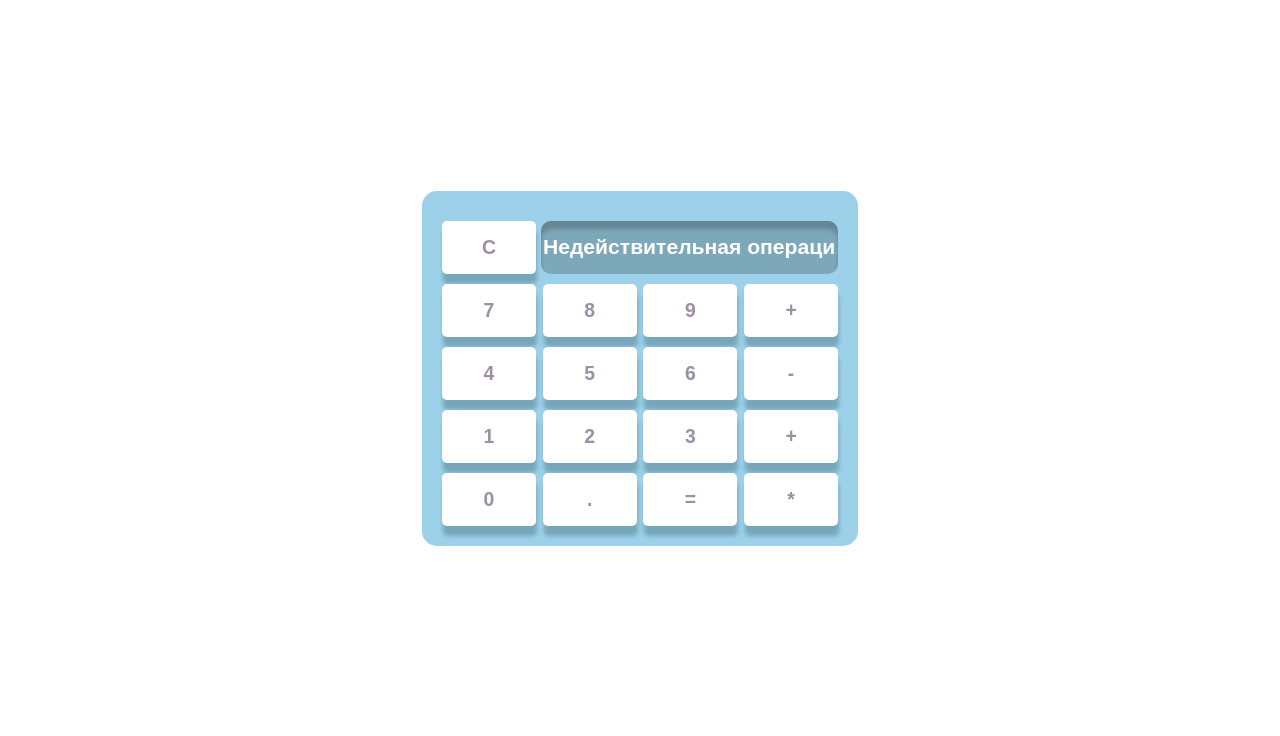
Repository: sem1103/calculator
Page: index.html
The author's editor kept a copy of each file at every save. The page is drawn from the files as they stood at one save, then again after the next save.
The browser window is 1280 px wide. The pictures show the whole page.
Empty fields were first filled with sample values (such as "Sample", 5 or name@example.com).
After loading, the first visible `button[onclick="calcSumm()"]` was clicked once.

Above is the page before, as saved 2023-11-02 08:22:33.

### index.html
<!DOCTYPE html>
<html lang="en">

<head>
    <meta charset="UTF-8">
    <meta name="viewport" content="width=device-width, initial-scale=1.0">
    <title>Calc</title>
    <style>
        * {
            box-sizing: border-box;
            font: bold 1.1rem arial;
        }

        .calc__container {
            display: flex;
            justify-content: center;
            height: 100vh;
            align-items: center;
        }

        .calc__wrapper {
            max-width: 900px;
            background-color: #9cd1e9;
            padding: 20px;
            border-radius: 15px;
        }

        .calc__display {
            box-shadow: inset 0px 8px 4px 0px #658695;
            background-color: #7da8ba;
            flex: 1;
            border-radius: 10px;
            border: 0;
            outline: 0;
            text-align: right;
            font-size: 1.2rem;
            color: #fff;
        }

        .calc__main,
        .calc__header {
            display: flex;
            flex-direction: row;
            flex-wrap: wrap;
            justify-content: space-between;
            row-gap: 10px;
            column-gap: 5px;

        }

        .calc__header {
            margin: 10px 0;
        }

        button {
            padding: 15px 5px;
            text-align: center;
            background-color: #fff;
            box-shadow: 1px 10px 4px #77a6bb;
            flex-basis: calc(25% - 5px);
            border: 0;
            border-radius: 5px;
            cursor: pointer;
            color: #9d8fa4;
            transition: all .1s ease-in-out;
        }
        button:active{
            box-shadow: 1px 0 4px #77a6bb;
            transform: translate(0,3px);
            background-color: #d1d1d1;
        }
        button:hover{
            background-color: #d1d1d1;
        }

    </style>
</head>

<body>
    <div class="calc__container">
        <div class="calc__wrapper">
            <div class="calc__header">
                <button onclick="clearDisplay()">C</button>
                <input id="display" class="calc__display" type="text" placeholder="0">

                </input>
            </div>
            <div class="calc__main">
                <button onclick="setValueHandle(this)" >7</button>
                <button onclick="setValueHandle(this)">8</button>
                <button onclick="setValueHandle(this)">9</button>
                <button onclick="setValueHandle(this)">+</button>
                <button onclick="setValueHandle(this)">4</button>
                <button onclick="setValueHandle(this)">5</button>
                <button onclick="setValueHandle(this)">6</button>
                <button onclick="setValueHandle(this)">-</button>
                <button onclick="setValueHandle(this)">1</button>
                <button onclick="setValueHandle(this)">2</button>
                <button onclick="setValueHandle(this)">3</button>
                <button onclick="setValueHandle(this)">+</button>
                <button onclick="setValueHandle(this)">0</button>
                <button onclick="setValueHandle(this)">.</button>
                <button onclick="calcSumm()">=</button>
                <button onclick="setValueHandle(this)">*</button>
            </div>
        </div>
    </div>


    <script>
        let calcDisplay = document.getElementById('display');


        function setValueHandle(e){

            if(/[a-zA-Zа-яА-ЯёЁ]/.test(calcDisplay.value)){
                console.log(1);
                calcDisplay.value = e.innerHTML;
                return;
            }
            calcDisplay.value += e.innerHTML;
        }

        function clearDisplay(){
            calcDisplay.value = '';
        }

        function calcSumm() {
            let value = calcDisplay.value;


            value = value.replace(/\s/g, '');
            let operators = value.split('').filter(item => {
                if(item == '+' || item == '-' || item == '*' || item == '/') return item;
            })
            let numbers = value.split(/[+\-*/]/).map(Number);

            let result = numbers[0];
            console.log(operators);
            if(!value.trim()|| !operators.length || value[1] == operators[0]){
                calcDisplay.value = 'Недействительная операция!';
                return;
            }

            operators.forEach((item, index) => {
                if(item == '+'){
                    result += numbers[index + 1]
                }else if(item == '-'){
                    result -= numbers[index + 1]
                }else if(item == '/'){
                    result /= numbers[index + 1]
                    if(numbers[index + 1] == 0) calcDisplay.value = 'На ноль делить нельзя!!'
                } else result *= numbers[index + 1]
            });

        calcDisplay.value = result;

        }


    </script>
</body>

</html>

After the next save:
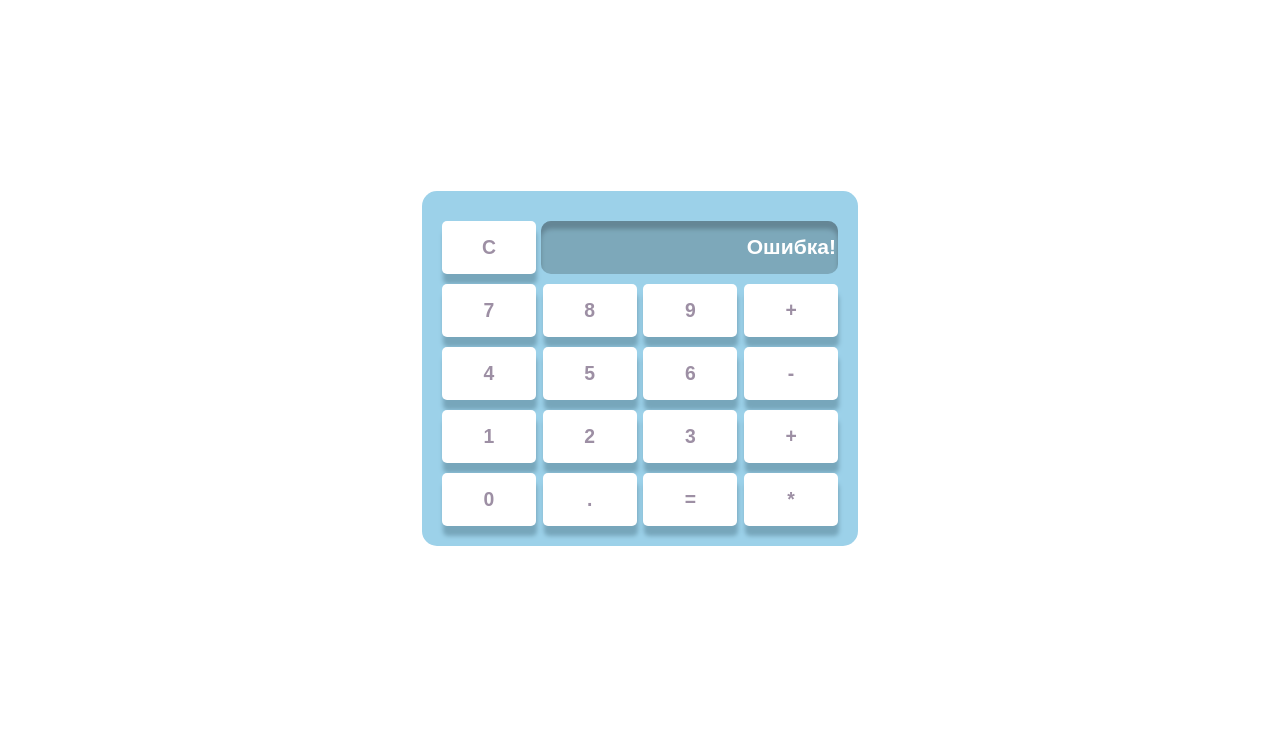
Saved 23 s later.
--- a/index.html
+++ b/index.html
@@ -138,7 +138,7 @@
             let result = numbers[0];
             console.log(operators);
             if(!value.trim()|| !operators.length || value[1] == operators[0]){
-                calcDisplay.value = 'Недействительная операция!';
+                calcDisplay.value = 'Ошибка!';
                 return;
             }
 
